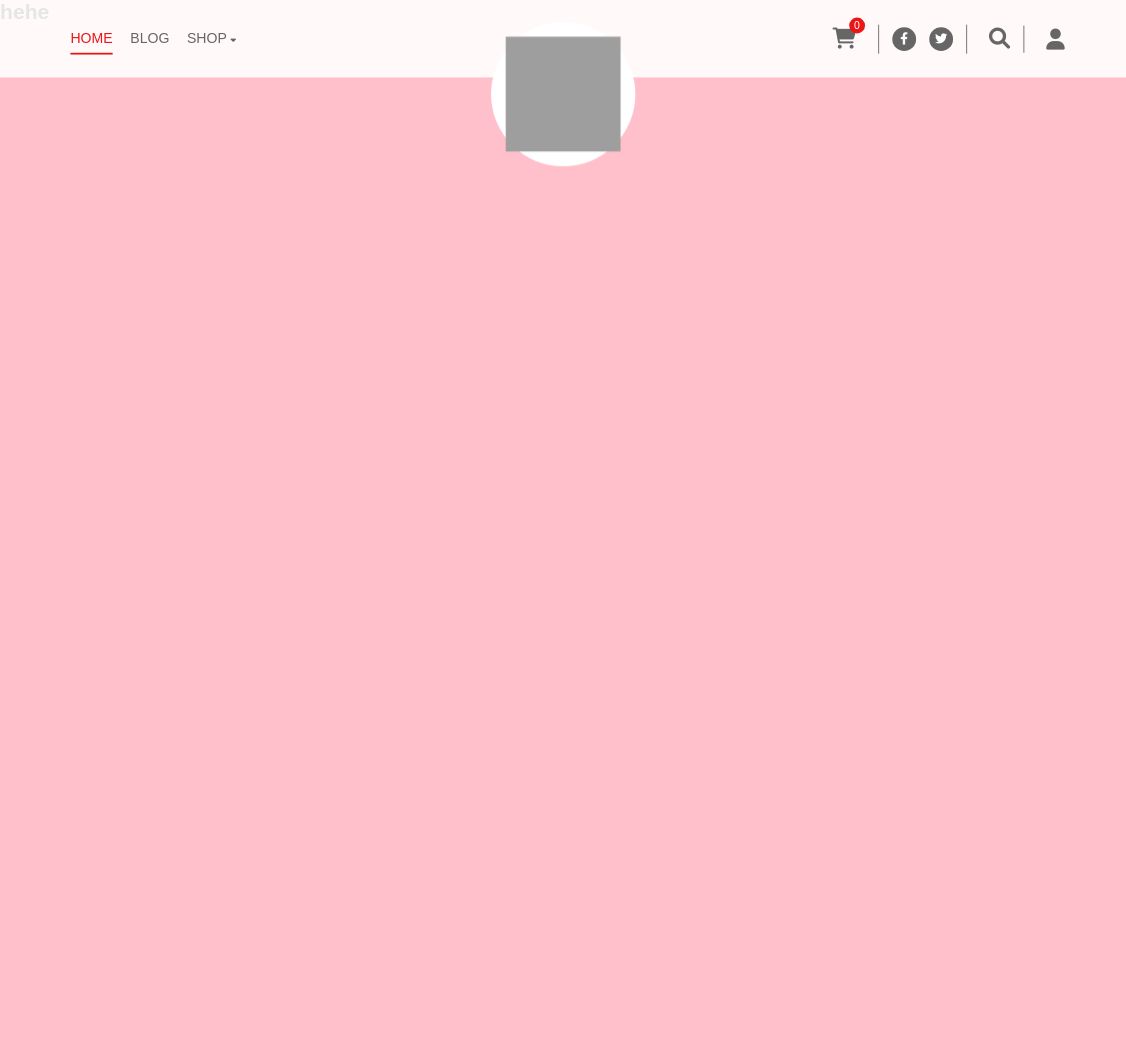
Repository: NguyenDucHung20002/header-and-scroll-top-project-cnpm
Page: blog.html
The author's editor kept a copy of each file at every save. The page is drawn from the files as they stood at one save, then again after the next save.
The browser window is 1280 px wide. The pictures show the whole page, at 88% of full size.
Pictures or frames that could not be fetched are drawn as grey boxes. The style sheet was rebuilt from its Sass, Less or Tailwind sources for each picture, by a compiler version that may differ from the author's.

Above is the page before, as saved 2022-09-15 10:21:57.
Console error: TypeError: Cannot read properties of undefined (reading 'top')

### blog.html
<!DOCTYPE html>
<html lang="en">

<head>
    <meta charset="UTF-8">
    <meta http-equiv="X-UA-Compatible" content="IE=edge">
    <meta name="viewport" content="width=device-width, initial-scale=1.0">
    <link rel="stylesheet" href="fontawesome-free-6.1.2-web/css/all.min.css">
    <link rel="stylesheet" href="reset.css">
    <link rel="stylesheet" href="dist/css/blog.css">
    <title>Document</title>
</head>

<body>
    <header>
        <div class="header-top">
            <div class="portion-upper">
                <div class="container">
                    <div class="header-left">
                        <nav>
                            <ul class="wrapper-nav-main">
                                <li class="nav-main active-nav-main"><a class="nav-link-main" href="">Home</a></li>
                                <li class="nav-main"><a class="nav-link-main" href="">Blog</a></li>
                                <li class="drop-down nav-main">
                                    <a class="nav-link-main" href="">Shop <i class="fa-solid fa-caret-down"></i></a>
                                    <div class="shop-down">
                                        <aside class="product-categories">
                                            <h2>PRODUCT CATEGORIES</h2>
                                            <nav>
                                                <ul>
                                                    <li><a href="">Dried</a></li>
                                                    <li><a href="">Frozen</a></li>
                                                    <li><a href="">Fruits</a></li>
                                                    <li><a href="">Organic</a></li>
                                                    <li><a href="">Organic farms</a></li>
                                                    <li><a href="">Uncategorized</a></li>
                                                    <li><a href="">Vegitables</a></li>
                                                </ul>
                                            </nav>
                                        </aside>

                                    </div>
                                </li>
                            </ul>
                        </nav>
                    </div>
                    <div class="header-middle">
                        <div class="icon-home">
                            <a class="link-icon-home" href=""><img
                                    src="https://media.discordapp.net/attachments/954942869192450098/1019808643706781776/4Fruits.png"
                                    alt=""></a>
                        </div>
                    </div>
                    <div class="header-right">
                        <div class="cart">
                            <div class="cart-icon">
                                <i class="fa-solid fa-cart-shopping"></i>
                            </div>
                            <div class="quantity">0</div>
                        </div>
                        <div class="info">
                            <div class="facebook icon-info"><i class="fa-brands fa-facebook-f"></i></div>
                            <div class="twitter icon-info"><i class="fa-brands fa-twitter"></i></div>
                        </div>
                        <div class="search">
                            <i class="fa-solid fa-magnifying-glass"></i>
                            <div class="form-search">
                                <input type="text" placeholder="Search...">
                                <button class="btn-search"><i class="fa-solid fa-magnifying-glass"></i></button>
                            </div>
                        </div>
                        <div class="user">
                            <i class="fa-solid fa-user"></i>
                        </div>
                    </div>
                </div>
            </div>
        </div>
    </header>
    <h2 class="hehe">hehe</h2>
</body>
<script src="https://cdnjs.cloudflare.com/ajax/libs/jquery/3.6.0/jquery.min.js"
    integrity="sha512-894YE6QWD5I59HgZOGReFYm4dnWc1Qt5NtvYSaNcOP+u1T9qYdvdihz0PPSiiqn/+/3e7Jo4EaG7TubfWGUrMQ=="
    crossorigin="anonymous" referrerpolicy="no-referrer"></script>
<script src="./blog.js"></script>

</html>

### reset.css
*,
*::after,
*::before {
  margin: 0;
  padding: 0;
  box-sizing: border-box;
}
a {
  text-decoration: none;
  /* mặc đinh là text-decoration: underline; */
}
ul,
ol {
  list-style: none;
}
input,
button {
  outline: none;
  border: none;
  background: none;
}
table,
th,
td {
  border-collapse: collapse;
}

/* Type number: delete ô increment, decrement */
input[type="number"]::-webkit-outer-spin-button,
input[type="number"]::-webkit-inner-spin-button {
  display: none;
  margin: 0;
}

### blog.js
$(document).ready(function () {
  const body = $("html, body");
  const getbody = $("body");

  //------- sự kiện scroll ---------

  const heightWin = $(window).height();
  //icon home
  const iconHome = $(".link-icon-home");
  //banner below
  const bannerBelow = document.querySelectorAll(".wrapper-fruit");
  const topBannerBelow = $(".wrapper-banner").offset().top;
  //btn scroll to top
  const btnScrollTop = $(".btn-to-top");
  actionScroll();
  // catch eventing scroll window
  $(window).scroll(function () {
    actionScroll();
  });
  function actionScroll() {
    let top = $("html, body").scrollTop();
    //scrolling animation icon home
    if (top > 10) {
      iconHome.css({
        transform: "scale(0.7) translateY(-30px)",
      });
    } else {
      iconHome.css({
        transform: "scale(1) translateY(0)",
      });
    }
    //scrolling animation banner below
    if (top + heightWin >= topBannerBelow) {
      bannerBelow.forEach((val, index) => {
        val.classList.add(`action-banner-${index + 1}`);
      });
    }
    //btn scrolling to top
    if (top >= 200) {
      btnScrollTop.addClass("action-show");
    } else {
      btnScrollTop.removeClass("action-show");
    }
  }

  //-----------sự kiện click-------------

  //----------- click to scroll to top ------------
  $(btnScrollTop).click(function (e) {
    e.preventDefault();
    body.animate(
      {
        scrollTop: 0,
      },
      500
    );
  });
});

### blog.scss
.container {
  margin: 0 auto;
  width: 1170px;
}
* {
  font-family: "Poppins", sans-serif;
}
$headerTopUP: #ffffff;
header {
  .header-top {
    z-index: 100;
    position: fixed;
    width: 100%;
    .portion-upper {
      background-color: rgba(#ffffff, 0.9);
      padding: 15px 0;
      .container {
        padding: 0 15px;
        display: flex;
        justify-content: space-between;
        align-items: center;
        position: relative;
        .header-left {
          .wrapper-nav-main {
            display: flex;
            justify-content: center;
            align-items: center;
            .nav-main {
              margin: 0 10px;
              .nav-link-main {
                padding: 10px 0;
                font-size: 16px;
                text-transform: uppercase;
                color: #666666;
                position: relative;
                &::after {
                  content: "";
                  position: absolute;
                  bottom: 0;
                  right: 0;
                  width: 0;
                  height: 2px;
                  background-color: #ea1616;
                  transition: 0.3s;
                }
                &:hover {
                  color: #ab1e32;
                  &::after {
                    left: 0;
                    width: 100%;
                  }
                }
                i {
                  font-size: 10px;
                }
              }
              &.active-nav-main {
                .nav-link-main {
                  color: #ea1616;
                  &::after {
                    content: "";
                    width: 100%;
                    height: 2px;
                  }
                }
              }
            }
            .drop-down {
              position: relative;
              &:hover {
                .shop-down {
                  opacity: 1;
                  visibility: visible;
                }
              }
              .shop-down {
                background-color: #ffffff;
                position: absolute;
                top: calc(100% + 10px);
                right: 0;
                transform: translate(50px);
                transition: 0.3s;
                opacity: 0;
                visibility: hidden;
                border: 1px rgba(#666666, 0.2) solid;
                max-width: 250px;
                .product-categories {
                  width: 100%;
                  flex: 1;
                  border-right: 1px rgba(#666666, 0.2) solid;
                  h2 {
                    width: 100%;
                    font-size: 16px;
                    font-weight: 700;
                    padding: 30px 30px;
                    white-space: nowrap;
                    color: #666666;
                    border-bottom: 1px #666666 solid;
                  }
                  ul {
                    li {
                      width: 100%;
                      a {
                        width: 100%;
                        border-top: 1px rgba(#666666, 0.3) solid;
                        display: inline-block;
                        font-size: 14px;
                        color: #666666;
                        padding: 15px 20px;
                        transition: 0.2s;
                        &:hover {
                          background-color: #3a3939;
                          color: $headerTopUP;
                        }
                      }
                    }
                  }
                }
              }
            }
          }
        }
        .header-middle {
          position: absolute;
          left: 50%;
          top: 0;
          z-index: 11;
          .icon-home {
            transform: translate(-50%, 10px);
            a {
              position: relative;
              background-color: #ffffff;
              transition: 0.3s;
              width: 164px;
              height: 164px;
              display: inline-block;
              border-radius: 50%;
              cursor: pointer;
              img {
                position: absolute;
                top: 50%;
                left: 50%;
                transform: translate(-50%, -50%);
                z-index: 1;
                width: 80%;
                height: 80%;
              }
            }
          }
        }
        .header-right {
          display: flex;
          justify-content: center;
          align-items: center;
          .cart {
            cursor: pointer;
            position: relative;
            .cart-icon {
              font-size: 24px;
              color: #666666;
            }
            .quantity {
              color: #ffffff;
              position: absolute;
              width: 18px;
              height: 18px;
              background-color: #ea1616;
              font-size: 12px;
              bottom: 70%;
              left: 70%;
              border-radius: 50%;
              text-align: center;
              line-height: 18px;
            }
          }
          .info {
            font-size: 14px;
            padding: 3px 15px;
            margin: 0 25px;
            border-left: 1px #666666 solid;
            border-right: 1px #666666 solid;
            display: flex;
            justify-content: center;
            align-items: center;
            .icon-info {
              width: 27px;
              height: 27px;
              cursor: pointer;
              background-color: #666666;
              border-radius: 50%;
              text-align: center;
              i {
                line-height: 27px;
                color: #ffffff;
                transition: 0.3s;
              }
            }
            .facebook {
              margin-right: 15px;
              transition: 0.3s;
              &:hover {
                background-color: #3b5998;
                i {
                  color: $headerTopUP;
                }
              }
            }
            .twitter {
              transition: 0.3s;
              &:hover {
                background-color: #55acee;
                i {
                  color: $headerTopUP;
                }
              }
            }
          }
          .search {
            font-size: 24px;
            cursor: pointer;
            color: #666666;
            position: relative;
            padding: 15px 0;
            margin-right: 15px;
            &:hover {
              .form-search {
                opacity: 1;
                visibility: visible;
                transform: translateY(10px);
              }
            }
            .form-search {
              right: 0;
              transition: 0.3s;
              opacity: 0;
              visibility: hidden;
              position: absolute;
              min-width: 280px;
              background-color: #ffffff;
              border-radius: 5px;
              padding: 15px;
              display: flex;
              input {
                flex-grow: 1;
                padding: 10px 20px;
                background-color: #f4f4f4;
                &::placeholder {
                  color: #222222;
                  transition: 0.3s;
                }
                &:focus {
                  &::placeholder {
                    opacity: 0;
                  }
                }
              }
              .btn-search {
                width: 50px;
                height: 50px;
                background-color: #f4f4f4;
                cursor: pointer;
              }
            }
          }
          .user {
            border-left: #666666 1px solid;
            padding: 3px 0;
            i {
              font-size: 24px;
              line-height: 24px;
              cursor: pointer;
              color: #666666;
              padding-left: 25px;
            }
          }
        }
      }
    }
  }
}
.hehe {
  width: 100vw;
  height: 1200px;
  background-color: pink;
}

Loaded but not shown: fontawesome-free-6.1.2-web/css/all.min.css (library)

After the next save:
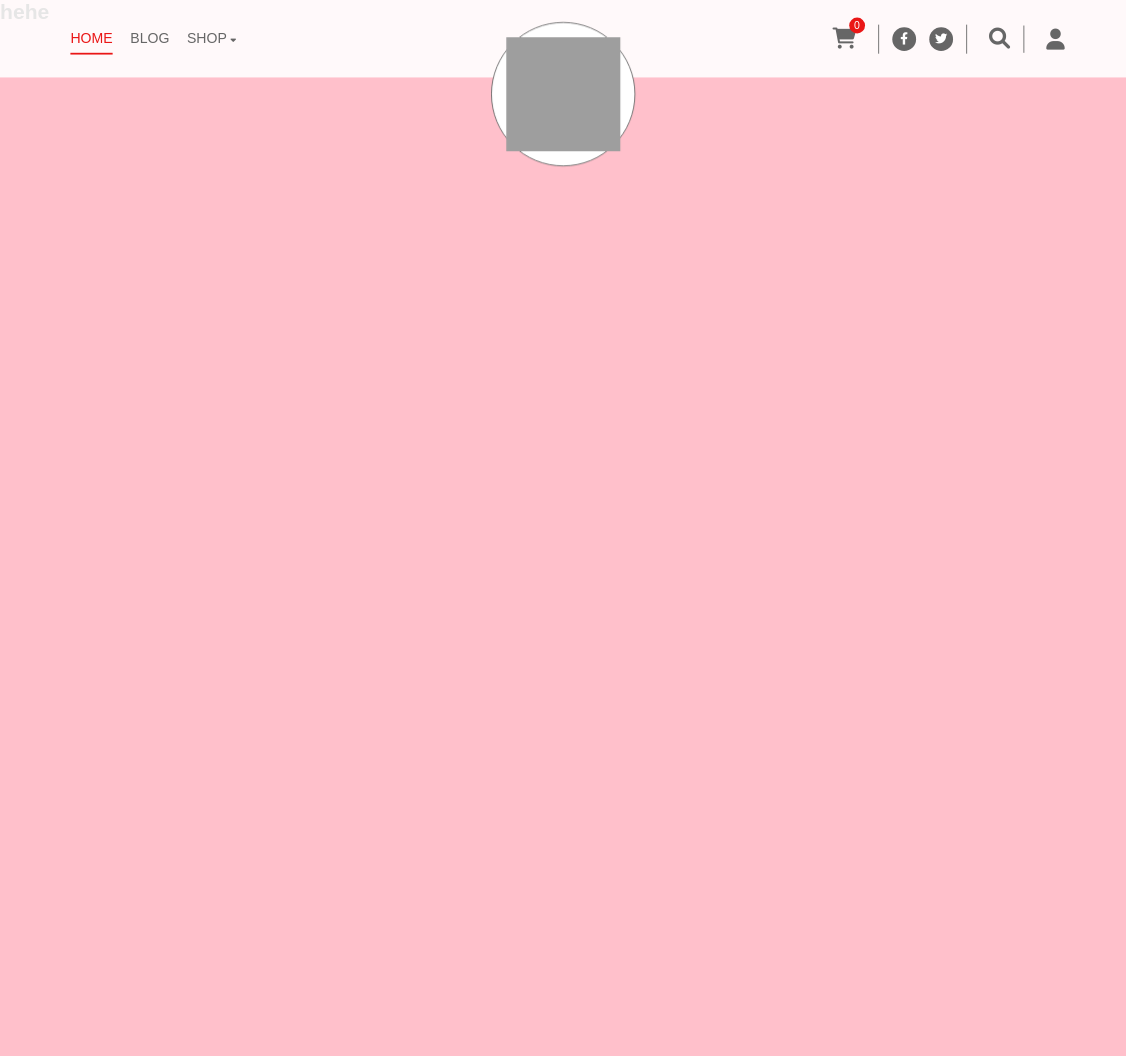
Saved 22 s later.
--- a/blog.scss
+++ b/blog.scss
@@ -135,6 +135,7 @@
               height: 164px;
               display: inline-block;
               border-radius: 50%;
+              border: 1px solid #666666;
               cursor: pointer;
               img {
                 position: absolute;
